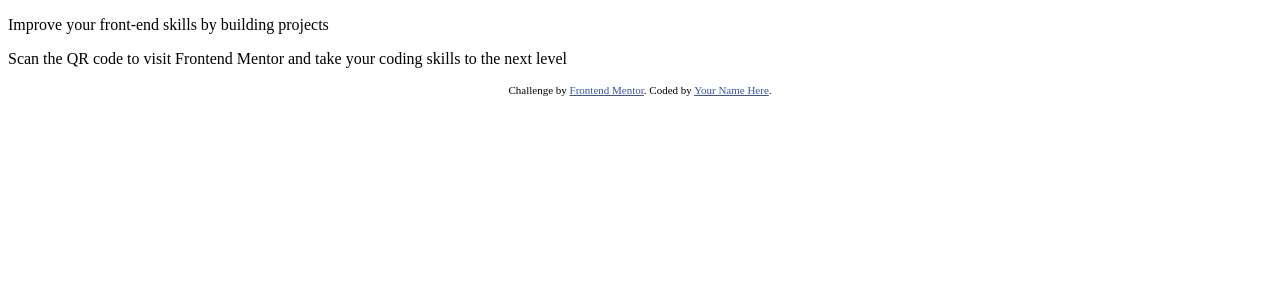
Repository: jminervino/CSS-QRCodeResponsive
Page: index.html
These files come from the project's save history. The page is drawn as it stood at one moment and after the next save; the edit follows.
The browser window is 1280 px wide. The pictures show the whole page.

Above is the page before, as saved 2022-02-08 19:14:53.

### index.html
<!DOCTYPE html>
<html lang="en">
<head>
  <meta charset="UTF-8">
  <meta name="viewport" content="width=device-width, initial-scale=1.0"> <!-- displays site properly based on user's device -->

  <link rel="icon" type="image/png" sizes="32x32" href="./images/favicon-32x32.png">
  <link rel="stylesheet" href="style.css">

  <title>Frontend Mentor | QR code component</title>

  <!-- Feel free to remove these styles or customise in your own stylesheet 👍 -->
  <style>
    .attribution { font-size: 11px; text-align: center; }
    .attribution a { color: hsl(228, 45%, 44%); }
  </style>
</head>
<body>

    <div class="container">
        <div class="qrcode">

        </div>
        <div>
          <p>Improve your front-end skills by building projects</p>

          <p>Scan the QR code to visit Frontend Mentor and take your coding skills to the next level</p>
        </div>
    </div>
      <div class="attribution">
        Challenge by <a href="https://www.frontendmentor.io?ref=challenge" target="_blank">Frontend Mentor</a>.
        Coded by <a href="#">Your Name Here</a>.
      </div>

</body>
</html>

Loaded but not shown: style.css (no stored copy; drawn as an empty file)

After the next save:
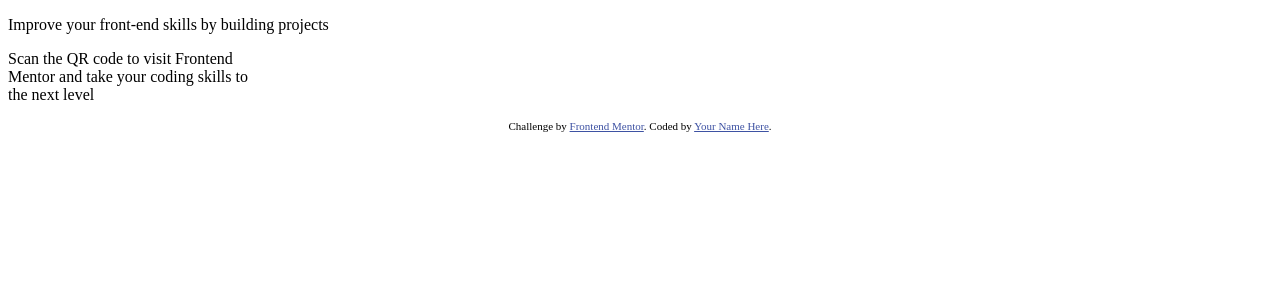
Saved 2 min 1 s later.
--- a/index.html
+++ b/index.html
@@ -16,21 +16,21 @@
   </style>
 </head>
 <body>
+    <section>
+        <div class="container">
+            <div class="qrcode">
 
-    <div class="container">
-        <div class="qrcode">
+            </div>
+            <div>
+              <p>Improve your front-end skills by building projects</p>
 
+              <p>Scan the QR code to visit Frontend <br> Mentor and take your coding skills to <br> the next level</p>
+            </div>
         </div>
-        <div>
-          <p>Improve your front-end skills by building projects</p>
-
-          <p>Scan the QR code to visit Frontend Mentor and take your coding skills to the next level</p>
-        </div>
-    </div>
+    </section>
       <div class="attribution">
         Challenge by <a href="https://www.frontendmentor.io?ref=challenge" target="_blank">Frontend Mentor</a>.
         Coded by <a href="#">Your Name Here</a>.
       </div>
-
 </body>
 </html>
